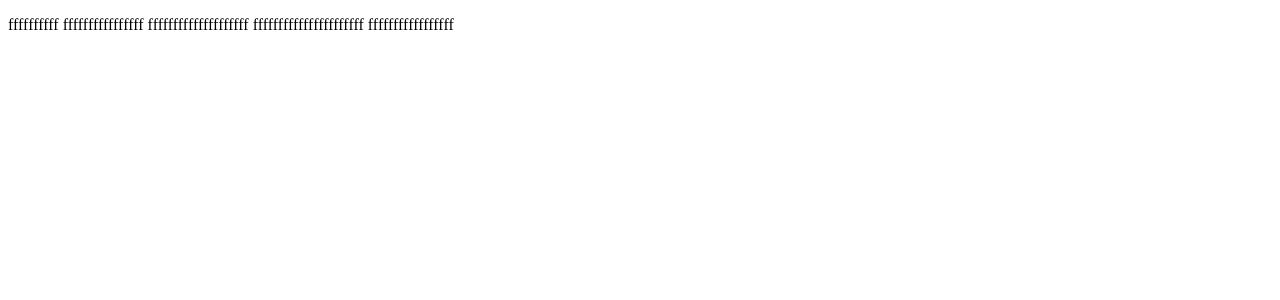
Repository: D-Savanchuk/Tasks
Page: index.html
These files come from the project's save history. The page is drawn as it stood at one moment and after a run of saves; the edit follows.
The browser window is 1280 px wide. The pictures show the whole page.

Above is the page before, as saved 2022-10-11 12:18:03.

After the next 4 saves:
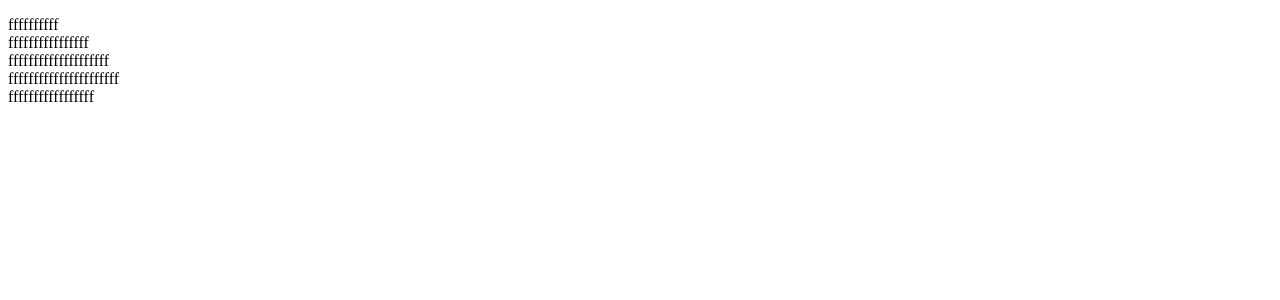
The 4 saves are shown as one change because they came seconds apart.
The last was saved 10 s later.
--- a/style2.css
+++ b/style2.css
@@ -1 +1,3 @@
-[data-value=45"]
+[data-value="45"]{
+    width: 100px;
+}
